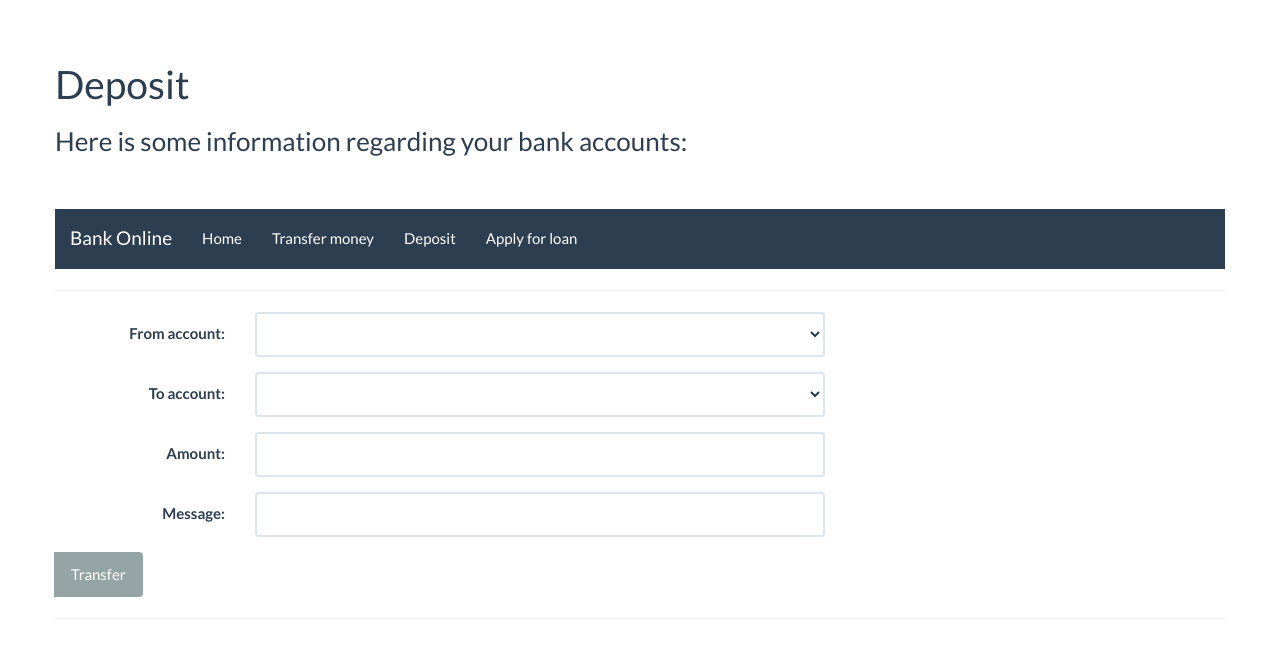
Repository: klitusas/SpringMVCBanking
Page: http://localhost/loans
The author's editor kept a copy of each file at every save. The page is drawn from the files as they stood at one save, then again after the next save.
The browser window is 1280 px wide. The pictures show the whole page.
The page is this project's Thymeleaf template; nobody is signed in. The template is opened directly, without the code that normally fills it, so the values that code supplies are empty.

Above is the page before, as saved 2017-03-01 19:14:36.

### banking/src/main/resources/templates/loans.html
<!DOCTYPE HTML>
<html xmlns:th="http://www.thymeleaf.org">
<head>
    <title>Bank Online</title>
    <meta http-equiv="Content-Type" content="text/html; charset=UTF-8" />

	<link rel="stylesheet" href="/bootstrap.min.css" media="screen"/>
</head>
<body>
	<div class="container">
      <div class="page-header" id="banner">
        <div class="row">
          <div>
			<h1>Deposit</h1>
			<h3>Here is some information regarding your bank accounts: </h3>
			<br/>
			<br/>
			<nav class="navbar navbar-default navbar-static-top">
 				 <div class="container">
			  			<div class="navbar-header">
					      <a class="navbar-brand" href="#">Bank Online</a>
					    </div>
					    <ul class="nav navbar-nav">
					      <li><a th:href="@{/accounts}">Home</a></li>
					      <li><a  th:href="@{/transfer}">Transfer money</a></li>
					      <li><a href="#">Deposit</a></li>
					      <li><a href="#">Apply for loan</a></li>
					    </ul>
 				 </div>
			</nav>
				<hr/>
				<form class="form-horizontal" th:action="@{/transfer}"  method="post" enctype="multipart/form-data" >
            	<fieldset>
            		<div class="form-group">
	                    <label class="col-lg-2 control-label">From account:</label>
	                    <div class="col-lg-6">
						    <select name="fromAccount"  class="form-control">
								<option th:each="account : ${accounts}"
									th:value="${account.id}"
									th:text="${account.label}"></option>
							</select>
	                    </div>
                	</div>
                	<div class="form-group">
	                    <label class="col-lg-2 control-label">To account:</label>
	                    <div class="col-lg-6">
						    <select name="toAccount"  class="form-control">
								<option th:each="account : ${accounts}"
									th:value="${account.id}"
									th:text="${account.label}"></option>
							</select>
	                    </div>
                	</div>
                	<div class="form-group">
	                    <label class="col-lg-2 control-label">Amount:</label>
	                    <div class="col-lg-6">
	                    	<input type="text" class="form-control" name="amount"/>
	                    </div>
                	</div>
                	<div class="form-group">
	                    <label class="col-lg-2 control-label">Message:</label>
	                    <div class="col-lg-6">
	                    	<input type="text" class="form-control" name="description"/>
	                    </div>
                	</div>
                	<span class="input-group-btn">
						<button type="submit" class="btn btn-default">Transfer</button>
					</span>
            	</fieldset>
            </form>
            <hr/>
			</div>
		</div>
	</div>
</div>
</body>
</html>

Loaded but not shown: banking/src/main/resources/static/bootstrap.min.css (library)

After the next save:
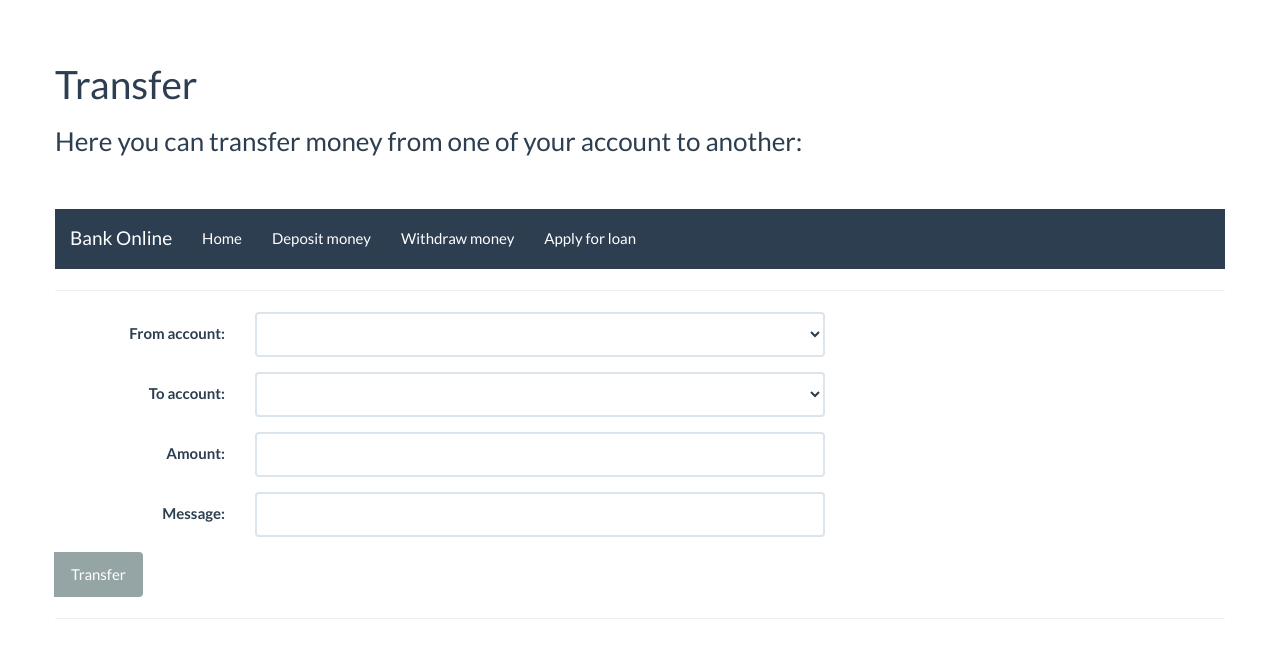
Saved 88 s later.
--- a/banking/src/main/resources/templates/loans.html
+++ b/banking/src/main/resources/templates/loans.html
@@ -11,8 +11,8 @@
       <div class="page-header" id="banner">
         <div class="row">
           <div>
-			<h1>Deposit</h1>
-			<h3>Here is some information regarding your bank accounts: </h3>
+			<h1>Transfer</h1>
+			<h3>Here you can transfer money from one of your account to another: </h3>
 			<br/>
 			<br/>
 			<nav class="navbar navbar-default navbar-static-top">
@@ -22,14 +22,14 @@
 					    </div>
 					    <ul class="nav navbar-nav">
 					      <li><a th:href="@{/accounts}">Home</a></li>
-					      <li><a  th:href="@{/transfer}">Transfer money</a></li>
-					      <li><a href="#">Deposit</a></li>
+					      <li><a  th:href="@{/deposit}">Deposit money</a></li>
+					      <li><a href="#">Withdraw money</a></li>
 					      <li><a href="#">Apply for loan</a></li>
 					    </ul>
  				 </div>
 			</nav>
 				<hr/>
-				<form class="form-horizontal" th:action="@{/transfer}"  method="post" enctype="multipart/form-data" >
+				<form class="form-horizontal" th:action="@{/deposit}"  method="post" enctype="multipart/form-data" >
             	<fieldset>
             		<div class="form-group">
 	                    <label class="col-lg-2 control-label">From account:</label>
